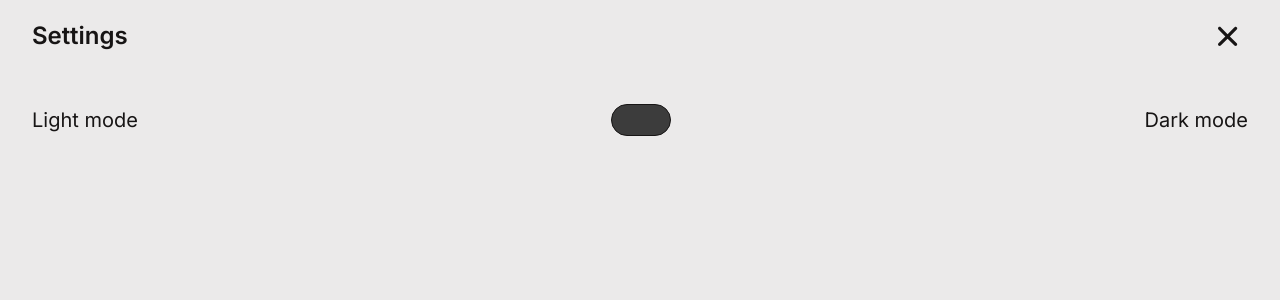
Repository: IdaHolmen/notes
Page: index.html
An editor plug-in stored every save of this project. The page is shown before and after the next save, followed by the edit.
The browser window is 1280 px wide. The pictures show the whole page.

Above is the page before, as saved 2024-10-26 18:34:44.

### index.html
<!DOCTYPE html>
<html lang="en">
    <head>
        <meta charset="UTF-8" />
        <meta name="viewport" content="width=device-width, initial-scale=1.0" />
        <title>Notes</title>

        <link rel="stylesheet" href="./css/reset.css" />
        <link rel="stylesheet" href="./css/style.css" />
    </head>
    <body>
        <header class="notes-header">
            <button class="hamburger-button header-buttons">
                <img src="./assets/hamburger.svg" alt="Hamburger menu" class="hamburger-image header-images" />
            </button>
            <h1 class="headline">Notes</h1>
            <button class="add-notes-button header-buttons">
                <img src="./assets/plus.svg" alt="A plus sign to add notes" class="add-notes-image header-images" />
            </button>
        </header>

        <main class="main-container">
            <div class="default-container">
                <p class="default-text">Tap the + to add a new note</p>
            </div>

            <div class="hamburger-menu">
                <div class="hamburger-header">
                    <h2 class="headline">Settings</h2>
                    <button class="close-button header-buttons">
                        <img src="./assets/exit.svg" alt="Exit button" class="exit-image" />
                    </button>
                </div>

                <div class="hamburger-main-container">
                    <div class="mode-container">
                        <p class="mode-text">Light mode</p>

                        <label class="switch">
                            <input type="checkbox" />
                            <span class="slider round"></span>
                        </label>

                        <p class="mode-text">Dark mode</p>
                    </div>
                </div>
            </div>
        </main>
        <script src="app.js"></script>
    </body>
</html>

### css/reset.css
*, *::before, *::after {
	box-sizing: border-box;
  }

* {
	margin: 0;
	padding: 0;
}

body {
	line-height: 1.5;
	-webkit-font-smoothing: antialiased;
}

img, picture, video, canvas, svg {
	display: block;
	max-width: 100%;
}

input, textarea, select {
	font: inherit;
}

p, h1, h2, h3, h4, h5, h6 {
	overflow-wrap: break-word;
}

#root, #__next {
	isolation: isolate;
}

button {
	font: inherit;
	background: transparent;
	border: none;
	cursor: pointer;
	touch-action: manipulation;
}

a {
	color: inherit;
	text-decoration: none;
}

### css/style.css
@import url('https://fonts.googleapis.com/css2?family=Inter:ital,opsz,wght@0,14..32,100..900;1,14..32,100..900&display=swap');

:root {
    --primary-color: #ebeaea;
    --secondary-color: #171515;
    --dark-card-color: #3c3c3c;
    --light-card-color: #f0edc7;
}

body {
    width: 100%;
    height: 100vh;
    background-color: var(--primary-color);
    color: var(--secondary-color);
    font-family: 'Inter';
}

.notes-header {
    width: 100%;
    height: 10%;
    display: none;
    flex-direction: row;
    align-items: center;
    justify-content: space-between;
    padding: 1rem 2rem;
}

.headline {
    font-size: 1.5rem;
    font-weight: 600;
}

.header-buttons {
    width: 2.5rem;
    height: 2.5rem;
    border-radius: 50%;
    display: flex;
    justify-content: center;
    align-items: center;
}

.header-buttons:hover {
    background-color: #d9d9d9;
}

.header-buttons:active {
    background-color: #a5a5a5;
}

.header-images {
    width: 1.5rem;
    height: 1.5rem;
}

.main-container {
    width: 100%;
    height: 90%;
}

.default-container {
    width: 100%;
    height: 100%;
    display: none;
    justify-content: center;
    align-items: center;
}

.default-text {
    font-size: 1.25rem;
}

/* ------------ HAMBURGER MENU ------------  */
.hamburger-menu {
    width: 100%;
    height: 100vh;
}

.hamburger-header {
    width: 100%;
    height: 10%;
    display: flex;
    flex-direction: row;
    align-items: center;
    justify-content: space-between;
    padding: 1rem 2rem;
}

.exit-image {
    width: 1.25rem;
    height: 1.25rem;
}

.hamburger-main-container {
    width: 100%;
    height: 90%;
}

.mode-container {
    width: 100%;
    padding: 2rem;
    display: flex;
    flex-direction: row;
    justify-content: space-between;
    align-items: center;
}

.mode-text {
    font-size: 1.25rem;
}

.switch {
    width: 3.75rem;
    height: 2rem;
    background-color: var(--dark-card-color);
    border-radius: 2rem;
    border: 1px solid var(--secondary-color);
    display: inline-block;
    position: relative;
}

.switch input {
    opacity: 0;
    width: 0;
    height: 0;
}

### app.js
// FETCHING ELEMENTS FROM THE DOM
const hamburgerButton = document.querySelector('.hamburger-button');

// EVENT LISTENERS
hamburgerButton.addEventListener('click', ()=> {
  console.log('Button clicked');

})

After the next save:
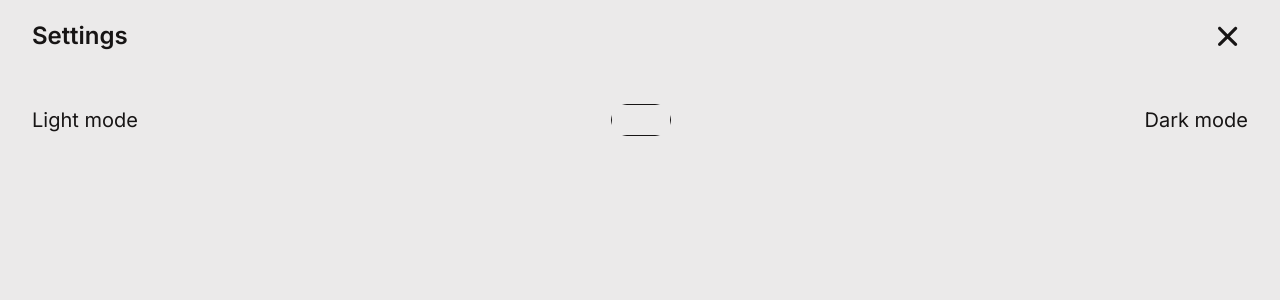
Saved 53 s later.
--- a/css/style.css
+++ b/css/style.css
@@ -123,3 +123,15 @@ body {
     width: 0;
     height: 0;
 }
+
+.slider {
+    position: absolute;
+    cursor: pointer;
+    top: 0;
+    left: 0;
+    right: 0;
+    bottom: 0;
+    background-color: var(--primary-color);
+    -webkit-transition: 0.4s;
+    transition: 0.4s;
+}

After the save that followed:
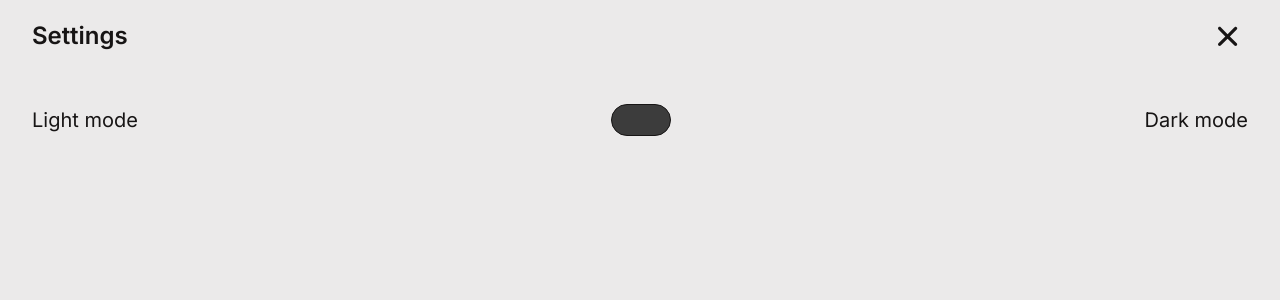
Saved 15 s later.
--- a/css/style.css
+++ b/css/style.css
@@ -131,7 +131,7 @@ body {
     left: 0;
     right: 0;
     bottom: 0;
-    background-color: var(--primary-color);
+    /* background-color: var(--primary-color); */
     -webkit-transition: 0.4s;
     transition: 0.4s;
 }
